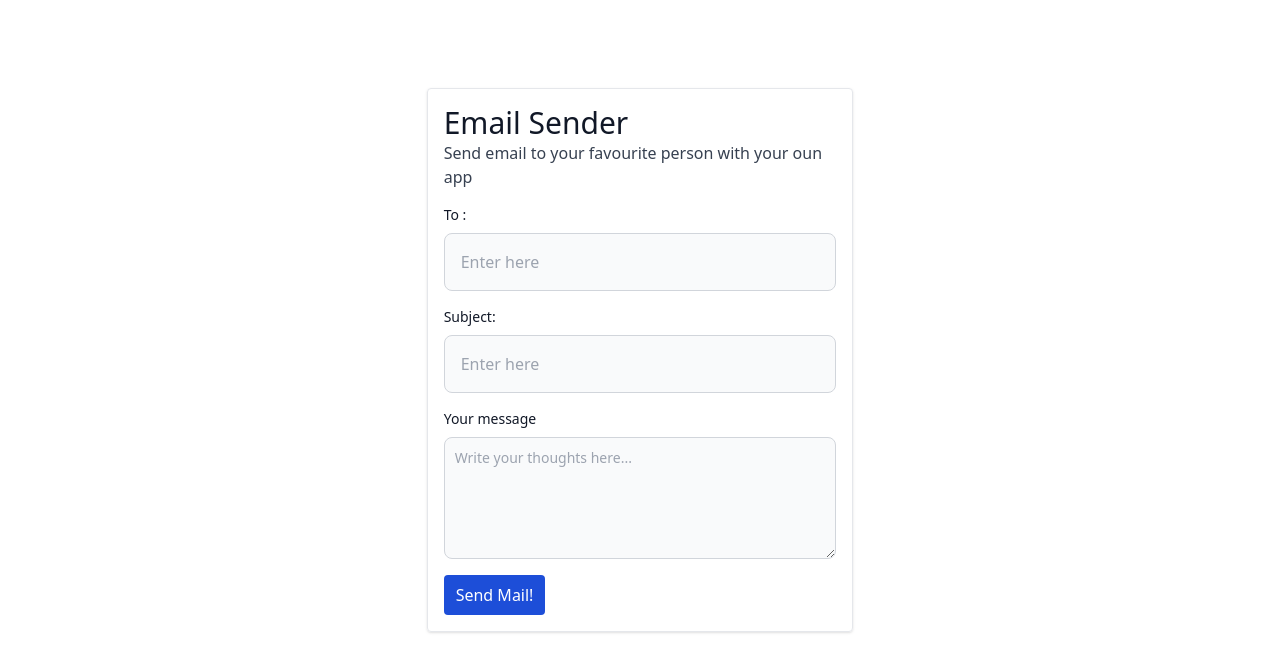
Repository: vikas-1234/EmailReactProject
Page: / (app in email-sender/)
An editor plug-in stored every save of this project. The page is shown before and after the next save, followed by the edit.
The browser window is 1280 px wide. The pictures show the whole page.
The project was rebuilt for these pictures with package versions that can differ from the ones it lists, and the page was loaded fresh each time. Also part of the build but not shown: email-sender/vite.config.js, email-sender/src/App.css.

Above is the page before, as saved 2024-04-20 15:08:56.

After the next save:
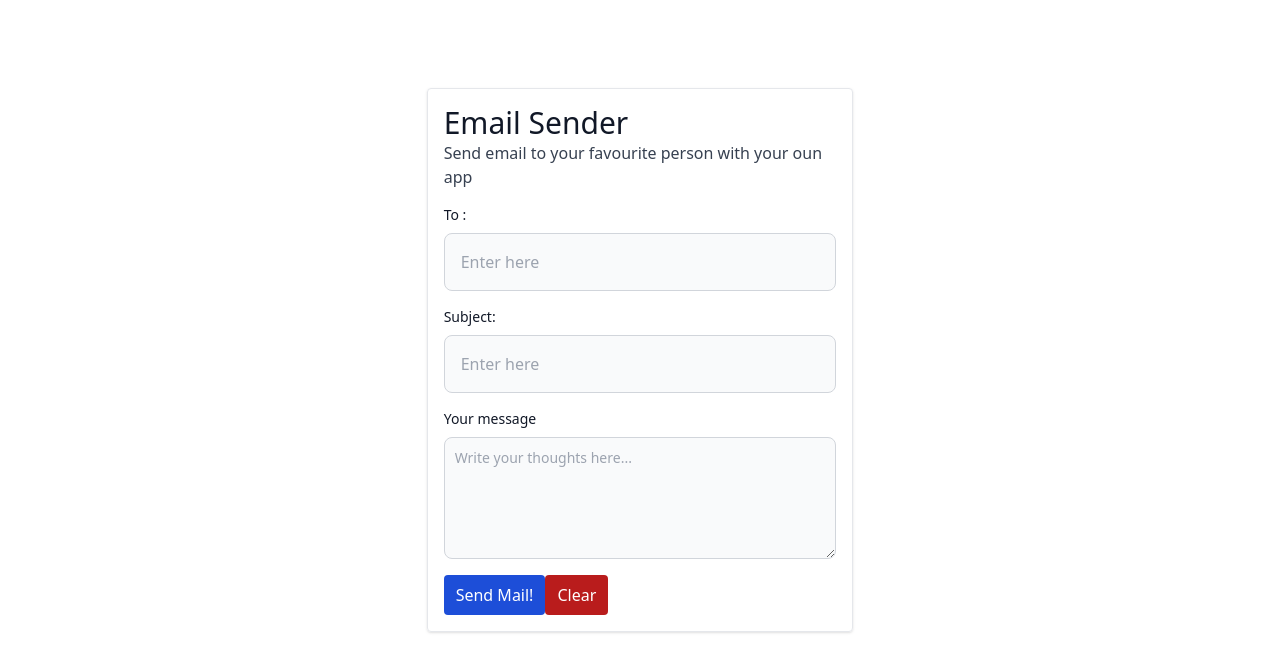
Saved 75 s later.
--- a/email-sender/src/components/EmailSender.jsx
+++ b/email-sender/src/components/EmailSender.jsx
@@ -38,6 +38,7 @@ function EmailSender() {
 
 <div className="button_container mt-4">
 <button className="hover:bg-blue-900 text-white bg-blue-700 px-3 py-2 rounded">Send Mail!</button>
+<button className="hover:bg-red-900 text-white bg-red-700 px-3 py-2 rounded">Clear</button>
 
 </div>
 
